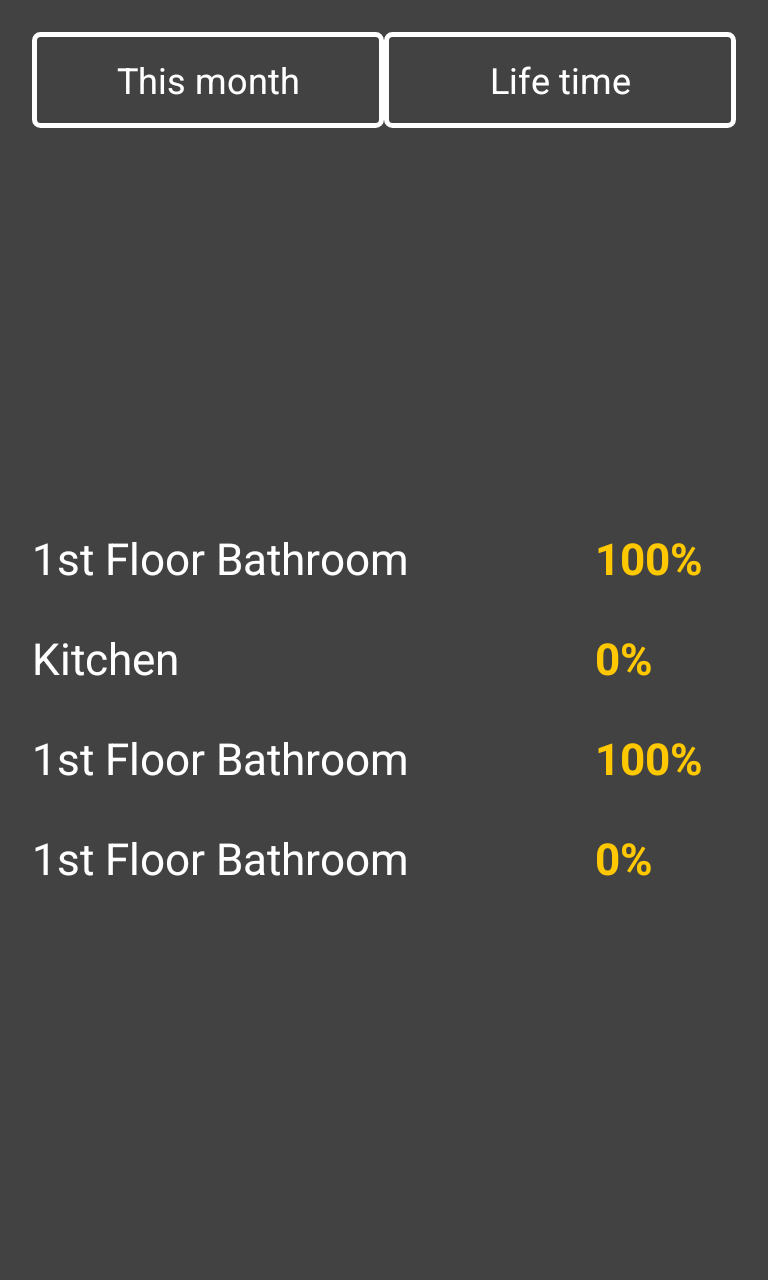
Repository: prabushitha/hydrosaver
Layout: hydrosaver/res/layout/activity_sections.xml
The author's editor kept a copy of each file at every save. The layout is drawn from the files as they stood at one save, then again after the next save.
It is drawn on a 768 x 1280 px phone screen (xhdpi) without system bars, with theme AppTheme; the app's code is not run.

Above is the layout before, as saved 2016-10-08 16:51:21.

After the next save:
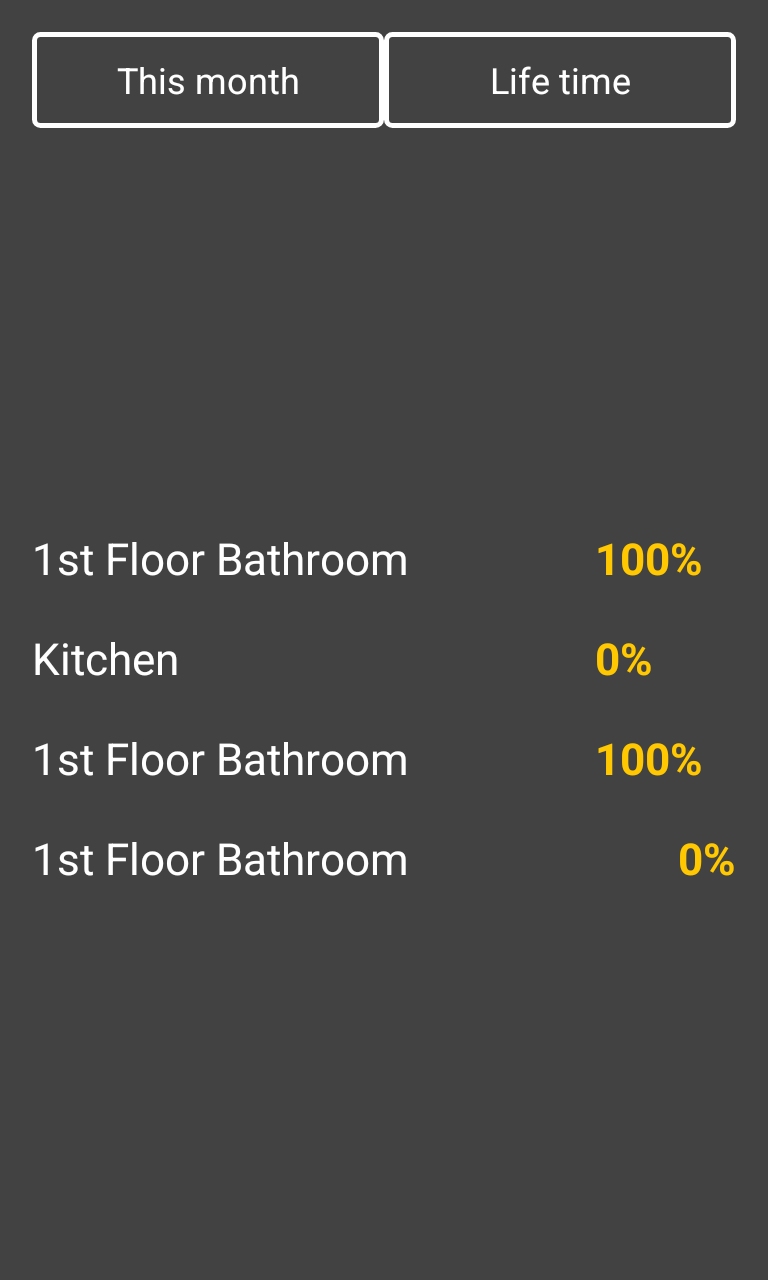
Saved 56 s later.
--- a/hydrosaver/res/layout/activity_sections.xml
+++ b/hydrosaver/res/layout/activity_sections.xml
@@ -145,7 +145,9 @@
 		        android:minHeight="100px"
 		        android:singleLine="false"
 		        android:layout_weight="2"
-		        android:textStyle="bold"/>
+		        android:textStyle="bold"
+		        android:gravity="right"
+		        />
 
 	    </TableRow>
 
